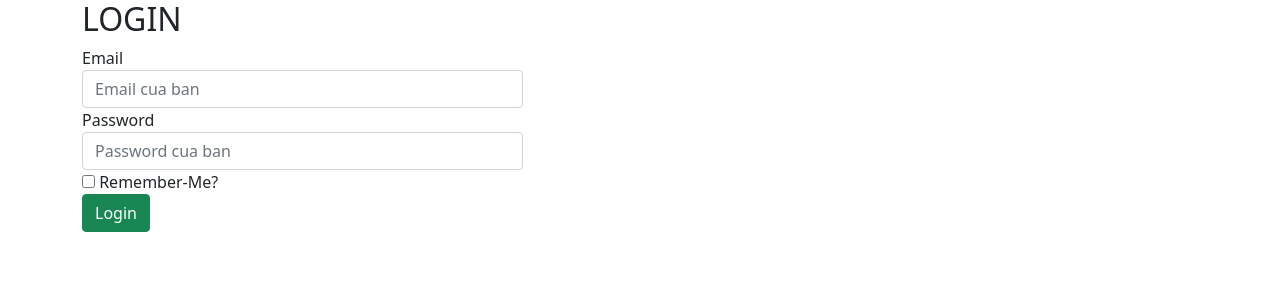
Repository: kiennd3921/AssJava4
Page: http://localhost/Assignment/view/auth/Login.jsp
These files come from the project's save history. The page is drawn as it stood at one moment and after the next save; the edit follows.
The browser window is 1280 px wide. The pictures show the whole page.
The page is served by Tomcat 9. Other server files are loaded and not shown.

Above is the page before, as saved 2021-04-19 01:46:07.

### PT15307-UD/Assignment/WebContent/view/auth/Login.jsp
<%@ page language="java" contentType="text/html; charset=ISO-8859-1"
	pageEncoding="UTF-8"%>
<!DOCTYPE html>
<html>
<head>
<meta charset="UTF-8">
<meta name="viewport" content="width = device-width, initial-scale=1.0">
<title>Insert title here</title>
<%@ taglib uri="http://java.sun.com/jstl/core_rt" prefix="c"%>
<link rel="stylesheet" type="text/css">
<link
	href="https://cdn.jsdelivr.net/npm/bootstrap@5.0.0-beta2/dist/css/bootstrap.min.css"
	rel="stylesheet"
	integrity="sha384-BmbxuPwQa2lc/FVzBcNJ7UAyJxM6wuqIj61tLrc4wSX0szH/Ev+nYRRuWlolflfl"
	crossorigin="anonymous">

</head>
<body>
	<div class="container">
		<div class="row col-md-5">
			<form action="${ pageContext.request.contextPath }/login"
				method="POST">
				<h2>LOGIN</h2>
				<div class="form-group">
					<label>Email</label> <input type="email" class="form-control"
						placeholder="Email cua ban" required name="">
				</div>
				<div class="form-group">
					<label>Password</label> <input type="password" class="form-control"
						placeholder="Password cua ban" required name="">
				</div>
				<div class="form-group">
					<input type="checkbox" required name=""> <label>Remember-Me?</label>
				</div>
				<div class="form-group">
					<button class="btn btn-success" type="submit">Login</button>
				</div>
			</form>
		</div>
	</div>
</body>
</html>

After the next save:
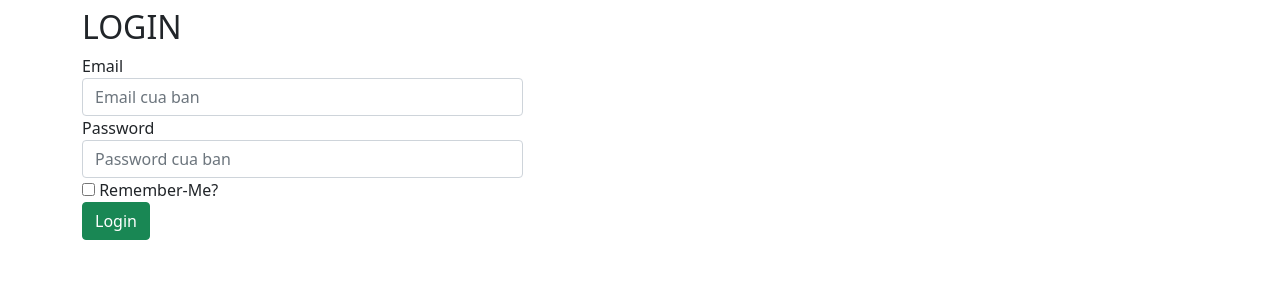
Saved 50 s later.
--- a/PT15307-UD/Assignment/WebContent/view/auth/Login.jsp
+++ b/PT15307-UD/Assignment/WebContent/view/auth/Login.jsp
@@ -18,6 +18,7 @@
 <body>
 	<div class="container">
 		<div class="row col-md-5">
+			<h1>${ error }</h1>
 			<form action="${ pageContext.request.contextPath }/login"
 				method="POST">
 				<h2>LOGIN</h2>
